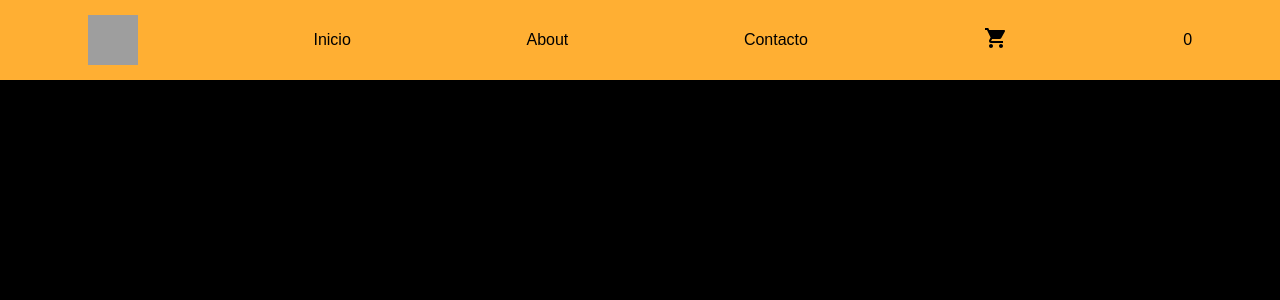
Repository: Toydrum/React-HectorCoronado
Page: /
These files come from the project's save history. The page is drawn as it stood at one moment and after the next save; the edit follows.
The browser window is 1280 px wide. The pictures show the whole page.
Pictures or frames that could not be fetched are drawn as grey boxes. The project was rebuilt for these pictures with package versions that can differ from the ones it lists, and the page was loaded fresh each time. Also part of the build but not shown: src/pages/ContactPage/ContactPage.jsx, src/pages/AboutPage/AboutPage.jsx.

Above is the page before, as saved 2023-06-17 06:23:23.

### src/index.css
body {
  margin: 0;
  font-family: -apple-system, BlinkMacSystemFont, 'Segoe UI', 'Roboto', 'Oxygen',
    'Ubuntu', 'Cantarell', 'Fira Sans', 'Droid Sans', 'Helvetica Neue',
    sans-serif;
  -webkit-font-smoothing: antialiased;
  -moz-osx-font-smoothing: grayscale;
  background-color:black;
}

code {
  font-family: source-code-pro, Menlo, Monaco, Consolas, 'Courier New',
    monospace;
}

### src/App.jsx
import React from "react";
import "./App.css";
import { BrowserRouter as Router, Routes, Route } from "react-router-dom";
//Components
import NavBar from "./components/Navbar/Navbar";

//Pages
import HomePage from "./pages/HomePage/HomePage";
import ContactPage from "./pages/ContactPage/ContactPage";
import AboutPage from "./pages/AboutPage/AboutPage";

function App() {
  return (
    <Router>
      <div className="App">
        <NavBar />
        <Routes>
          <Route path="/" element={<HomePage />}></Route>
          <Route path="/About" element={<AboutPage />}></Route>
          <Route path="/Contact" element={<ContactPage />}></Route>
        </Routes>
        <div className="Cards-Container"></div>
      </div>
    </Router>
  );
}

export default App;

### src/App.css
.App {
  display: flex;
  flex-direction: column;
  justify-content: center;
}

.Cards-Container{
  display: flex;
  width: 100%;
  justify-content: center;
}

### src/components/Navbar/Navbar.jsx
import React from "react";
import "./Navbar.css";
import ItemListContainer from "../Contenedor/ItemListContainer";
import CartWidget from "../CartWidged/CartWidget";
import logo from "./cat-logo.svg";
const styles = {
  NavBar: {
    display: "flex",
    justifyContent: "space-around",
    alignItems: "center",
    listStyleType: "none",
    fontFamily: "sans-serif",
    backgroundColor: "#FFAF33",
    margin: 0,
    padding: 0,
    height: 80,
  },
};

const NavBar = () => {
  return (
    <>
      <nav>
        <ul style={styles.NavBar}>
          <img src={logo} className="catLogo" alt="gatito" />
          <li>
            <a className="link" href="https://www.google.com.mx/?hl=es">
              Inicio
            </a>
          </li>
          <li>
            <a className="link" href="https://www.google.com.mx/?hl=es">
              About
            </a>
          </li>
          <li>
            <a className="link" href="https://www.google.com.mx/?hl=es">
              Contacto
            </a>
          </li>
          <CartWidget />
          <ItemListContainer contador={0} />
        </ul>
      </nav>
    </>
  );
};

export default NavBar;

### src/components/Navbar/Navbar.css
/* img {
height: auto;
width: auto;

} */

.link{
  text-decoration: none;
  color: black;

}

.catLogo{
  height: 50px;
  width: 50px;
}

### src/components/Contenedor/ItemListContainer.js
import React from 'react'

const ItemListContainer = (props) =>{
  return(
    <p>{props.contador}</p>

  )
}



export default ItemListContainer

### src/components/CartWidged/CartWidget.jsx
import React from 'react'
import ShoppingCartIcon from '@mui/icons-material/ShoppingCart';
const cart = () => {
  return (
    <div>
      <a href ="https://www.google.com.mx/?hl=es"style= {{color:"black"}}><ShoppingCartIcon/></a>
    </div>
  )
}

export default cart

Loaded but not shown: public/index.html (common file); src/index.js (common file); src/pages/HomePage/HomePage.jsx (common file)

After the next save:
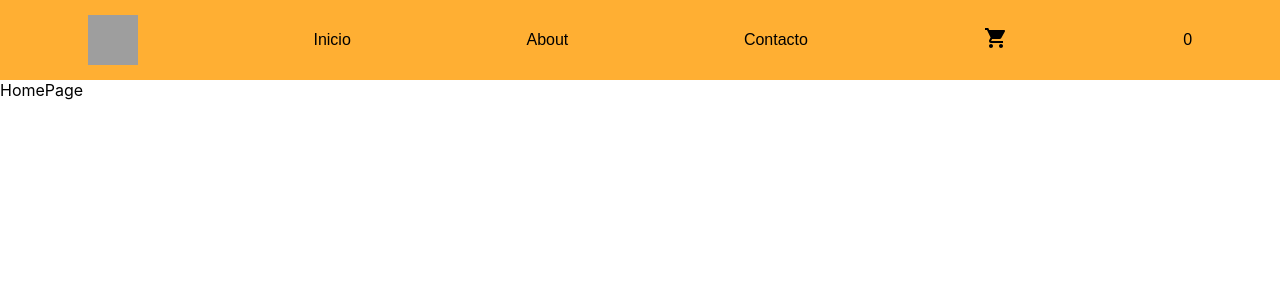
Saved 3 min 28 s later.
--- a/src/index.css
+++ b/src/index.css
@@ -5,7 +5,7 @@ body {
     sans-serif;
   -webkit-font-smoothing: antialiased;
   -moz-osx-font-smoothing: grayscale;
-  background-color:black;
+  background-color:none;
 }
 
 code {
